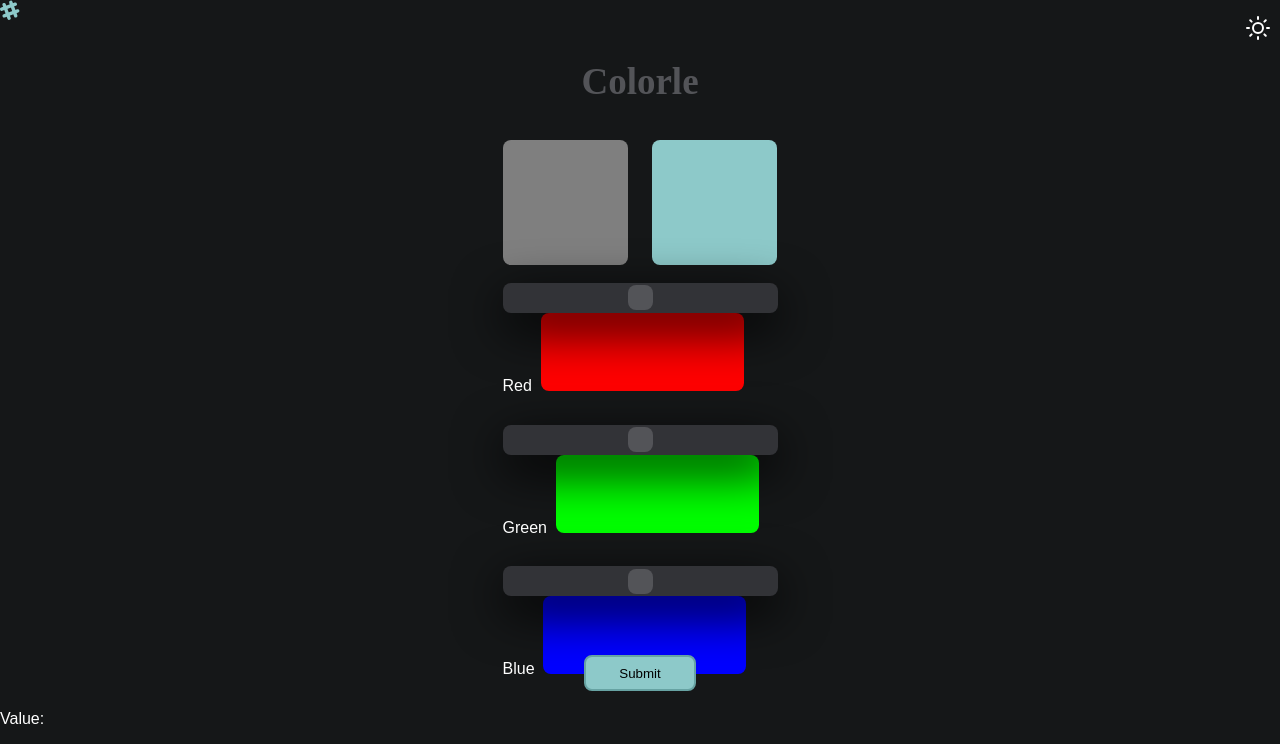
Repository: Artem-Melnik/Colorle
Page: index.html
The author's editor kept a copy of each file at every save. The page is drawn from the files as they stood at one save, then again after the next save.
The browser window is 1280 px wide. The pictures show the whole page.

Above is the page before, as saved 2022-05-14 21:22:53.

After the next save:
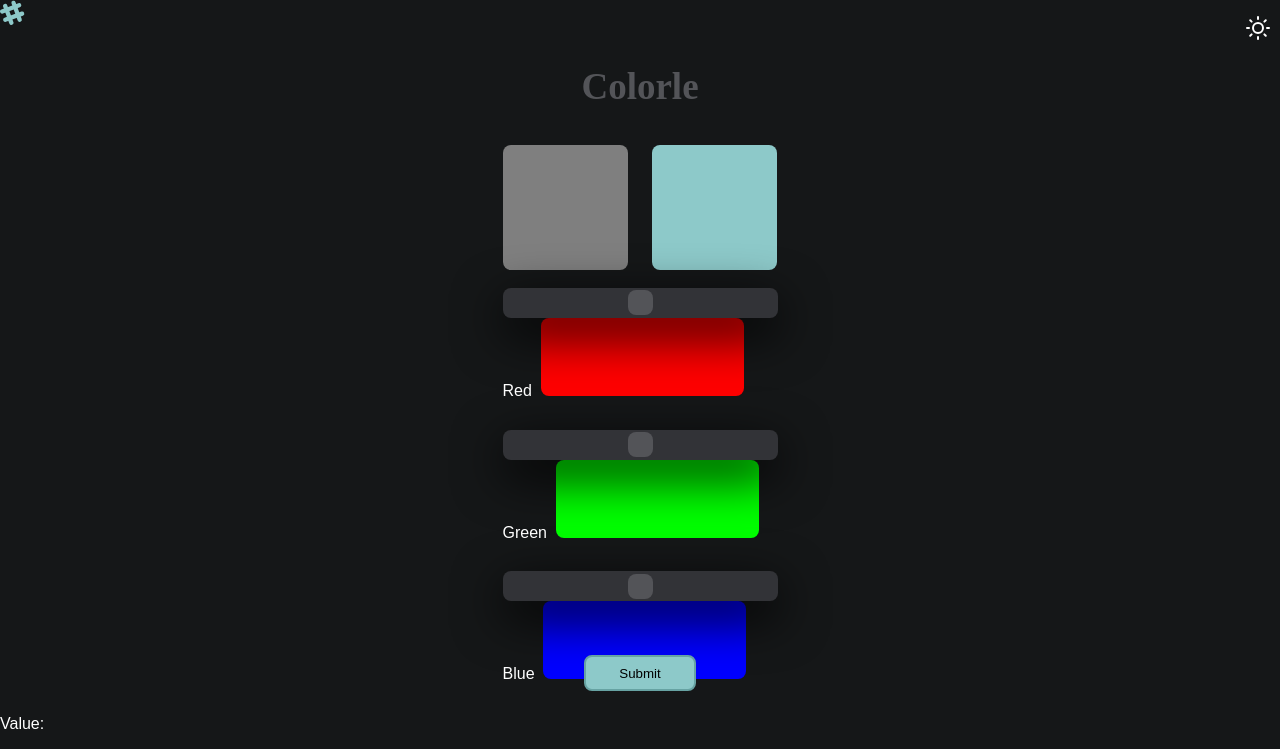
Saved 35 s later.
--- a/styles.css
+++ b/styles.css
@@ -20,8 +20,8 @@ body {
 } */
 
 #logo {
-  width: 20px;
-  height: 20px;
+  width: 25px;
+  height: 25px;
 }
 
 #themeToggle {
